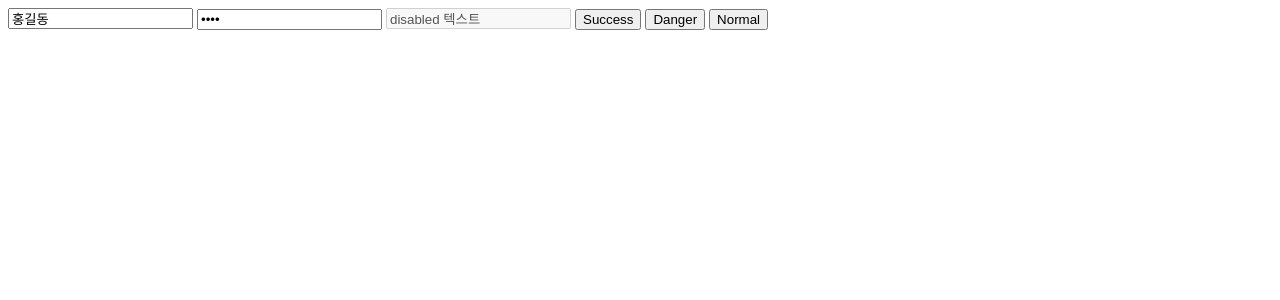
Repository: sangah-park98/jsp-class
Page: k20230508_1_css/src/main/webapp/07_속성선택자.html
These files come from the project's save history. The page is drawn as it stood at one moment and after the next save; the edit follows.
The browser window is 1280 px wide. The pictures show the whole page.

Above is the page before, as saved 2023-05-08 06:40:06.

After the next save:
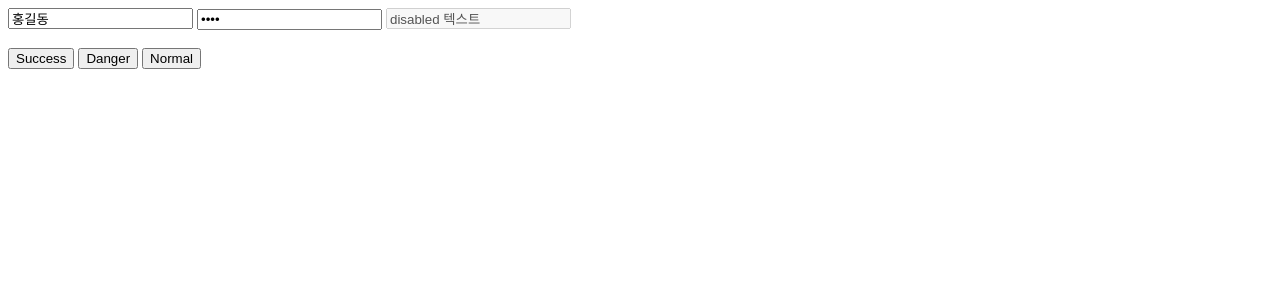
Saved 19 s later.
--- a/k20230508_1_css/src/main/webapp/07_속성선택자.html
+++ b/k20230508_1_css/src/main/webapp/07_속성선택자.html
@@ -14,7 +14,7 @@
 
 <input type="text" value="홍길동"/>
 <input type="password" value="1234"/>
-<input type="text" value="disabled 텍스트" disabled="disabled"/>
+<input type="text" value="disabled 텍스트" disabled="disabled"/><br/><br/>
 
 <button class="btn-success" type="button">Success</button>
 <button class="btn-danger" type="button">Danger</button>
